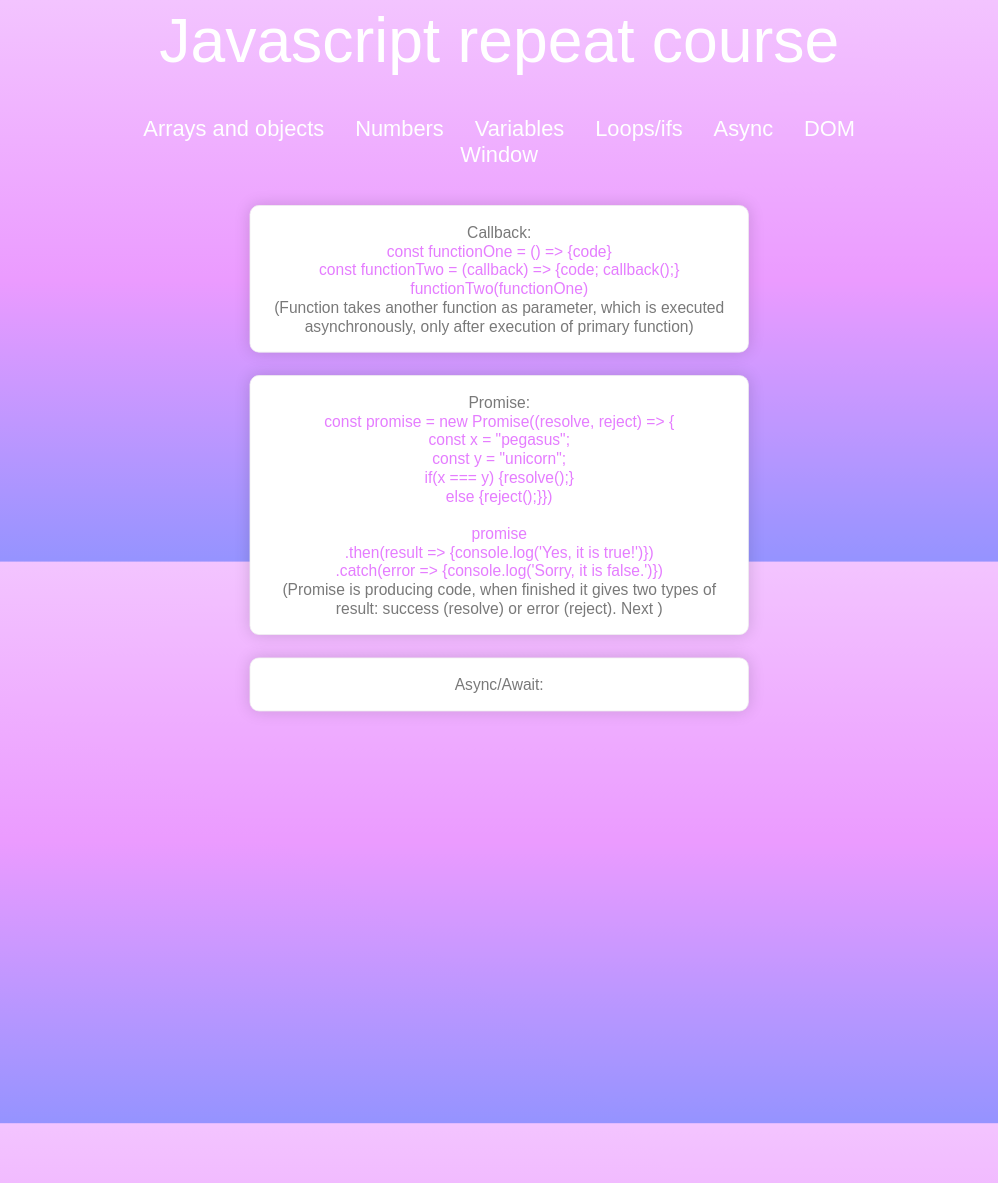
Repository: michalgornicki/javascript
Page: /#/Async
These files come from the project's save history. The page is drawn as it stood at one moment and after a run of saves; the edit follows.
The browser window is 1280 px wide. The pictures show the whole page, at 78% of full size.
Backgrounds fixed to the window are drawn as part of the page. The project was rebuilt for these pictures with package versions that can differ from the ones it lists, and the page was loaded fresh each time. Also part of the build but not shown: src/index.css, src/components/arrays.jsx, src/components/variables.jsx, src/components/numbers.jsx, src/components/loops.jsx, src/components/DOM manipulation.jsx, src/components/window.jsx.

Above is the page before, as saved 2022-02-04 13:25:50.

### src/App.jsx
import React from "react";
import "./App.css";
import "bootstrap/dist/css/bootstrap.min.css";
import { Route, HashRouter as Router, Routes, Link } from "react-router-dom";
import Arrays from "./components/arrays.jsx"
import Variables from "./components/variables.jsx"
import Numbers from "./components/numbers.jsx"
import Loops from "./components/loops.jsx"
import Async from "./components/async.jsx"
import DOM from "./components/DOM manipulation.jsx"
import Window from "./components/window.jsx"

function App() {


  return (


    <Router>
    <div className="text-center">
      <div className="display-1 mt-1 mb-5 text-white">Javascript repeat course</div>

      <div className="h3 d-flex w-75 m-auto my-5 justify-content-evenly flex-wrap text-white">

      <Link className="link-style mx-3" to="/">Arrays and objects</Link>
      <Link className="link-style mx-3" to="/Numbers">Numbers</Link>
      <Link className="link-style mx-3" to="/Variables">Variables</Link>
      <Link className="link-style mx-3" to="/Loops">Loops/ifs</Link>
      <Link className="link-style mx-3" to="/Async">Async</Link>
      <Link className="link-style mx-3" to="/DOM">DOM</Link>
      <Link className="link-style mx-3" to="/Window">Window</Link>


      </div>

      <Routes>
          <Route path="/" element={<Arrays />} />
          <Route path="/Numbers" element={<Numbers />} />
          <Route path="/Variables" element={<Variables />} />
          <Route path="/Loops" element={<Loops />} />
          <Route path="/Async" element={<Async />} />
          <Route path="/DOM" element={<DOM />} />
          <Route path="/Window" element={<Window />} />
        </Routes>


    </div>
    </Router>
  );
}

export default App;

### src/App.css
body{
    font-family: Arial, Helvetica, sans-serif!important;
    overflow-x: hidden;
    padding-bottom: 80vh;
    height: auto;
    background: linear-gradient(rgb(243, 196, 255), rgb(235, 155, 255), rgb(149, 147, 255));
    background-attachment: fixed;
}

.js-item{
    color:rgb(121, 121, 121);
    background-color: white;
    transition: 0.2s;
    padding: 3vh;
    margin-bottom: 4vh!important;
    border: 1px solid rgb(240, 240, 240);
    width: 50%;
    margin-left: auto;
    margin-right: auto;
    box-shadow: 0px 0px 20px rgba(0, 0, 0, 0.15);
    border-radius: 0.75rem;
}

.js-item:hover{
    cursor: pointer;
    background-color: rgb(240, 240, 240);
}

.text-pink{
    color:rgb(229, 125, 255)!important;
}

.link-style{
    color: inherit;
    text-decoration: inherit;
}

.link-style:hover{
    color: rgb(229, 125, 255);
}

@media only screen and (max-device-width: 600px), (max-width: 600px) {

    .js-item{
        width: 95%;
    }

}

### src/components/async.jsx
const Async = () => {

  return (
    <div className="">
      <div className="js-item h5">
        {" "}
        <span className="">Callback: </span> <br />
        <span className="text-pink">{`const functionOne = () => {code}`}</span> <br />
        <span className="text-pink">{`const functionTwo = (callback) => {code; callback();}`}</span> <br />
        <span className="text-pink">{`functionTwo(functionOne)`}</span> <br /> (Function takes another function as parameter, which is executed asynchronously, only after execution of primary function)
      </div>
      <div className="js-item h5">
        {" "}
        <span className="">Promise: </span> <br />
        <span className="text-pink">{`const promise = new Promise((resolve, reject) => {`}</span> <br />
        <span className="text-pink">{`const x = "pegasus";`}</span> <br />
        <span className="text-pink">{`const y = "unicorn";`}</span> <br />
        <span className="text-pink">{` if(x === y) {resolve();}`}</span> <br />
        <span className="text-pink">{` else {reject();}})`}</span> <br /> <br />
        <span className="text-pink">{`promise`}</span> <br />
        <span className="text-pink">{`.then(result => {console.log('Yes, it is true!')})`}</span> <br />
        <span className="text-pink">{`.catch(error => {console.log('Sorry, it is false.')})`}</span> <br />
        (Promise is producing code, when finished it gives two types of result: success (resolve) or error (reject). Next )
      </div>
      <div className="js-item h5">
        {" "}
        <span className="">Async/Await: </span> <br />
      </div>
    </div>
  );
};

export default Async;

Loaded but not shown: public/index.html (common file); src/index.js (common file); src/reportWebVitals.js (common file)

After the next 3 saves:
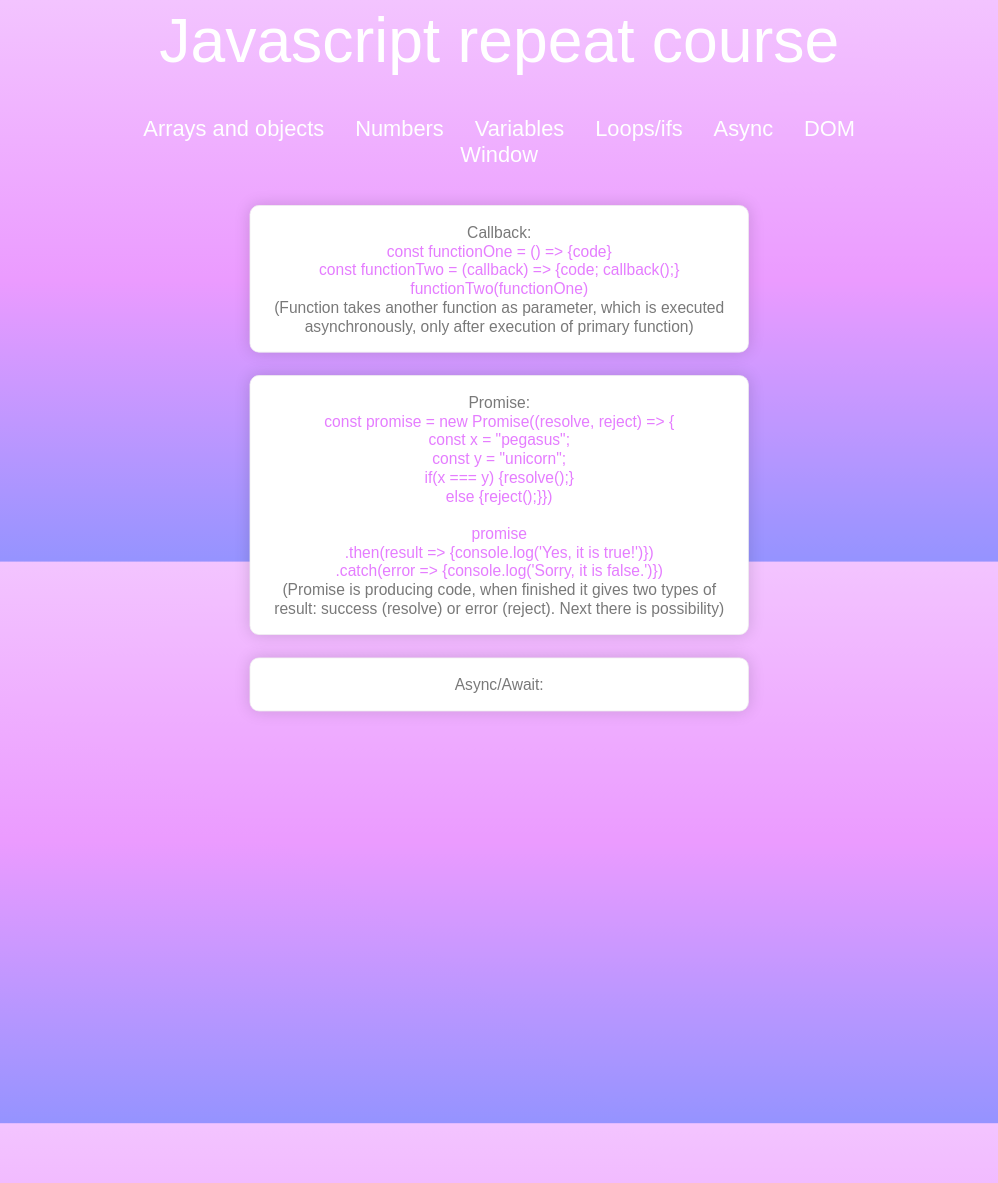
The 3 saves are shown as one change because they came seconds apart.
The last was saved 79 s later.
--- a/src/components/async.jsx
+++ b/src/components/async.jsx
@@ -20,7 +20,7 @@ const Async = () => {
         <span className="text-pink">{`promise`}</span> <br />
         <span className="text-pink">{`.then(result => {console.log('Yes, it is true!')})`}</span> <br />
         <span className="text-pink">{`.catch(error => {console.log('Sorry, it is false.')})`}</span> <br />
-        (Promise is producing code, when finished it gives two types of result: success (resolve) or error (reject). Next )
+        (Promise is producing code, when finished it gives two types of result: success (resolve) or error (reject). Next there is possibility)
       </div>
       <div className="js-item h5">
         {" "}
